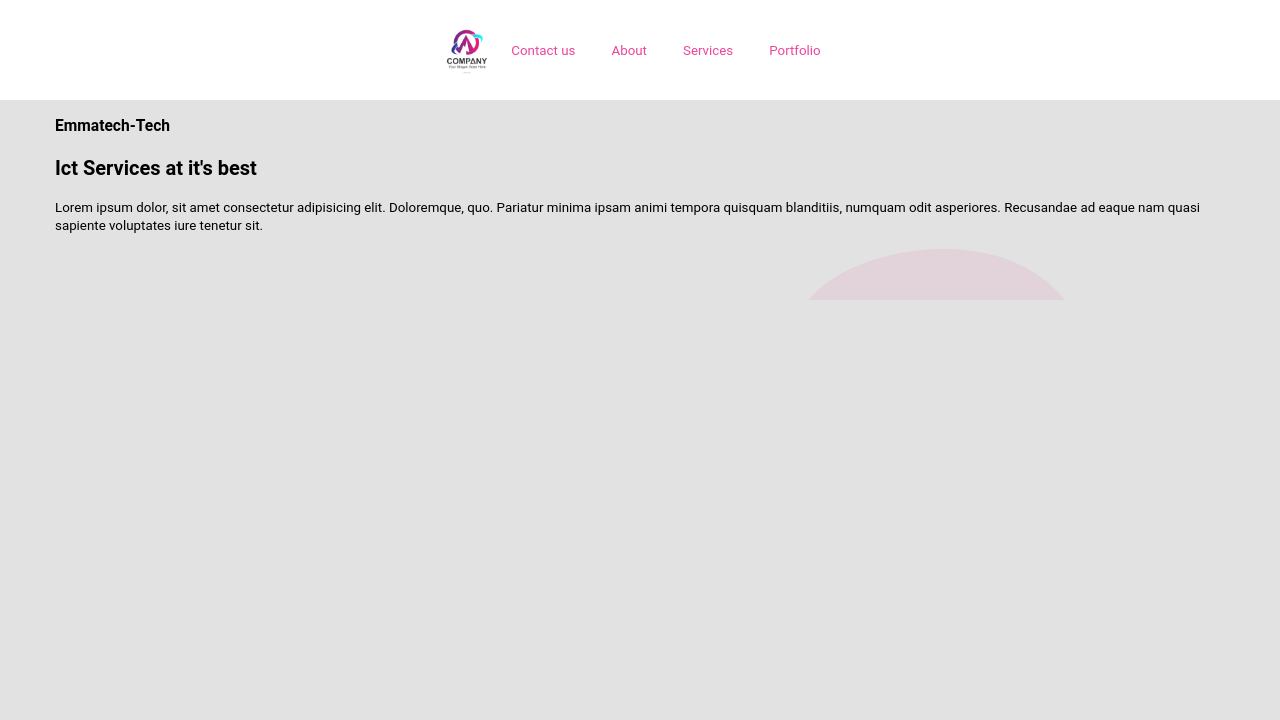
Repository: wisdomspine/emmatech-website
Page: index.html
These files come from the project's save history. The page is drawn as it stood at one moment and after the next save; the edit follows.
The browser window is 1280 px wide. The pictures show the whole page.

Above is the page before, as saved 2020-09-28 13:22:29.

After the next save:
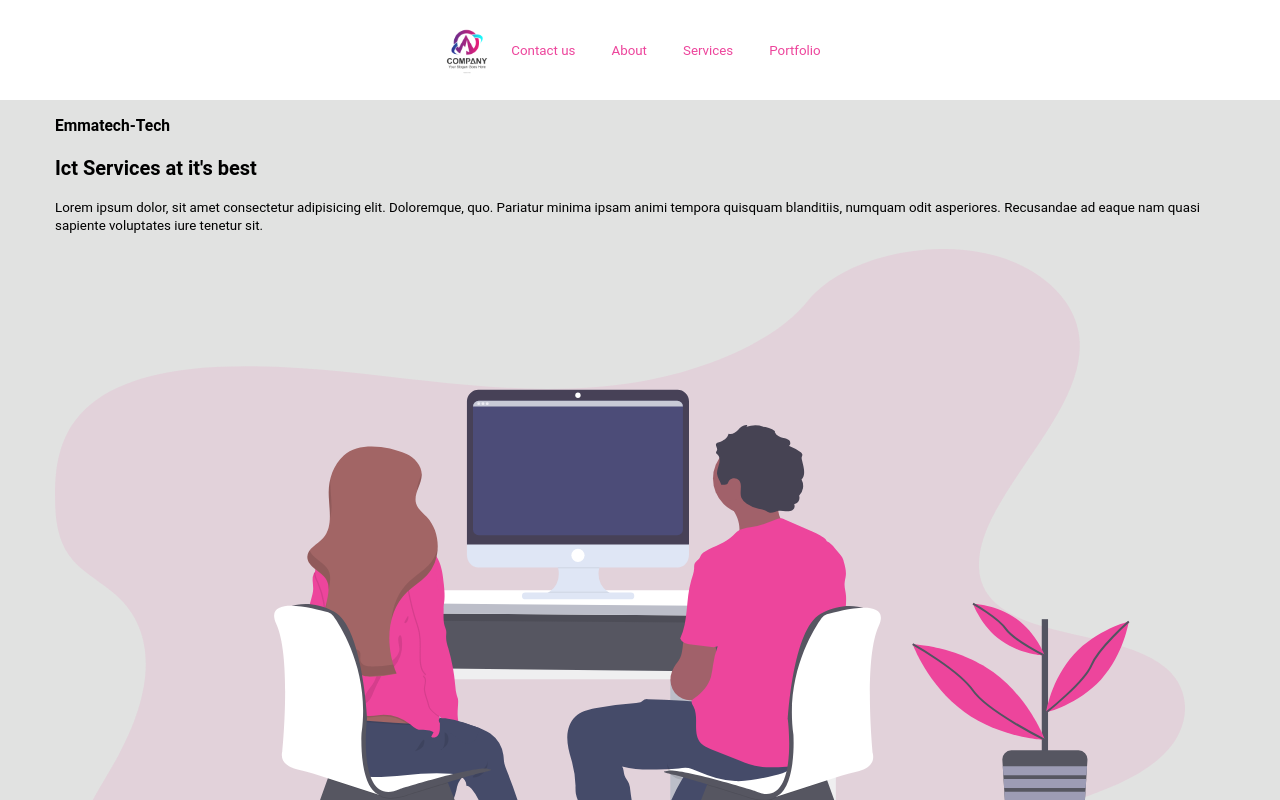
Saved 9 s later.
--- a/assets/styles/home-slide.css
+++ b/assets/styles/home-slide.css
@@ -1,5 +1,5 @@
 @import "./variables.css";
 .home-slide {
-  height: calc(1000px - 800px);
+  height: calc(1000px - 300px);
   overflow: hidden;
 }
